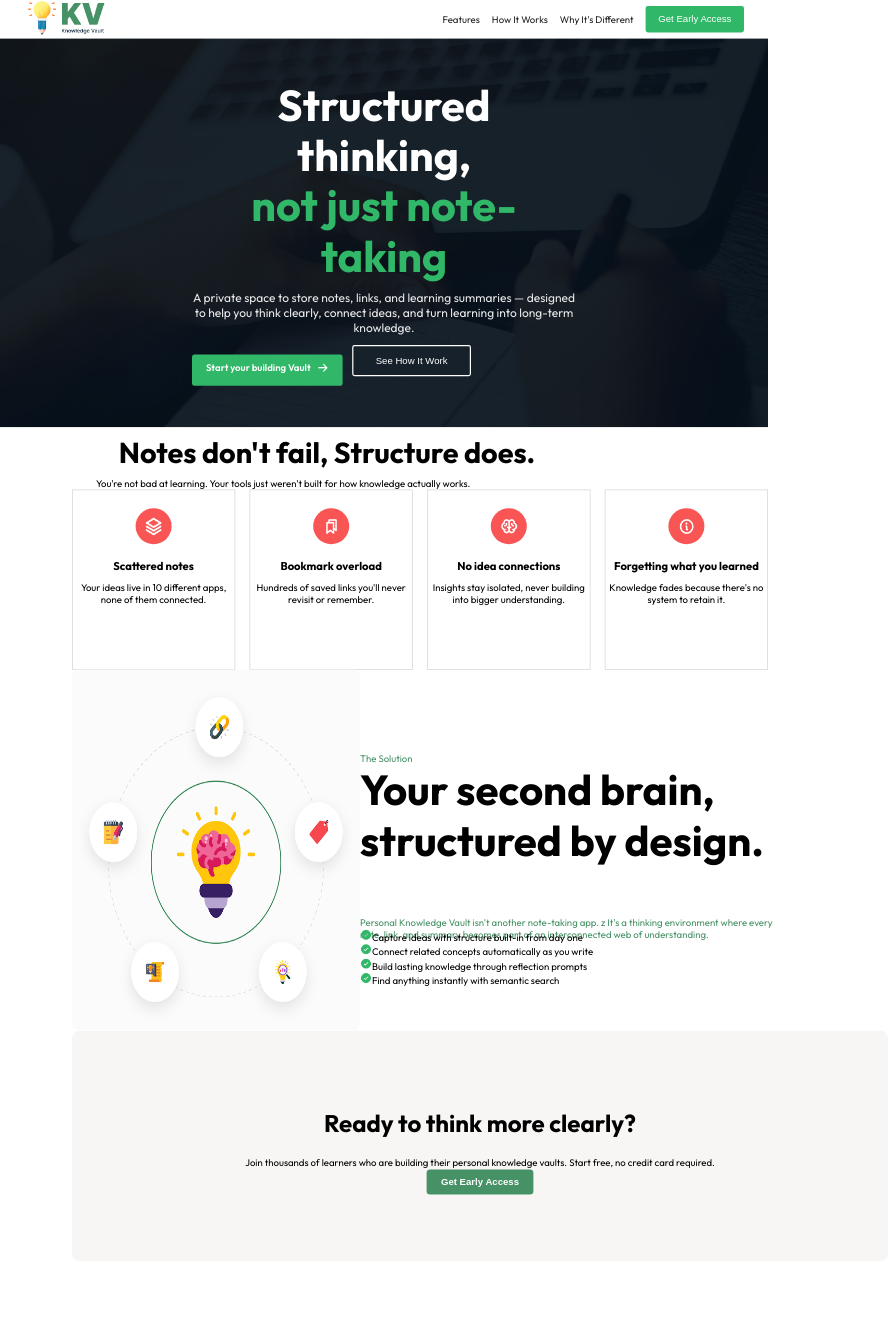
Repository: tanimtanzilislam/Assignment1-PH
Page: index.html
The author's editor kept a copy of each file at every save. The page is drawn from the files as they stood at one save, then again after a run of saves.
The browser window is 1280 px wide. The page is 1480 px wide, so the pictures cover 1480 px, including what lies to the right of the window. The pictures show the whole page, at 60% of full size.

Above is the page before, as saved 2026-01-20 01:42:47.

After the next 2 saves:
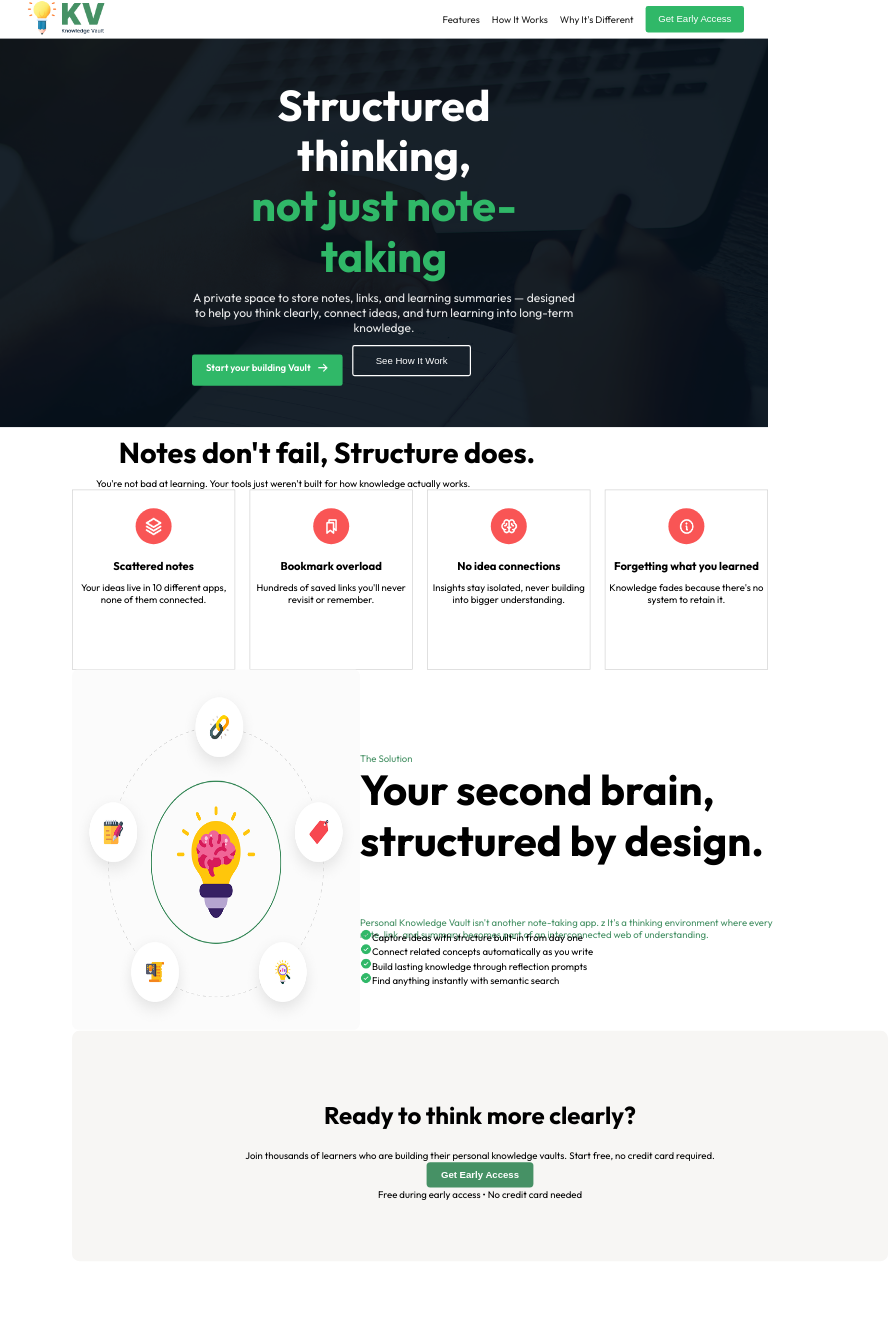
The 2 saves are shown as one change because they came seconds apart.
The last was saved 50 s later.
--- a/index.html
+++ b/index.html
@@ -136,6 +136,7 @@ structured by design.</h1>
     <h1> Ready to think more clearly?</h1>
     <p>Join thousands of learners who are building their personal knowledge vaults. Start free, no credit card required.</p>
     <button class="ready-btn">Get Early Access</button>
+    <p>Free during early access • No credit card needed</p>
 
 </div>
 
